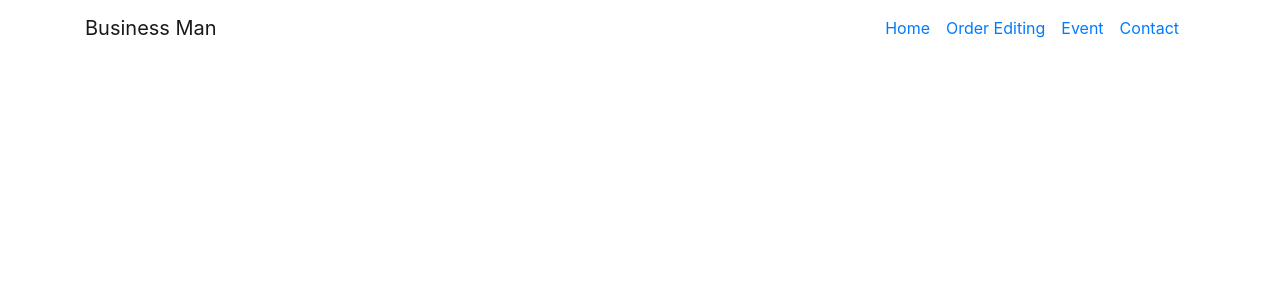
Repository: mdtahsinamin/internship-task
Page: /
The author's editor kept a copy of each file at every save. The page is drawn from the files as they stood at one save, then again after the next save.
The browser window is 1280 px wide. The pictures show the whole page.
The project was rebuilt for these pictures with package versions that can differ from the ones it lists, and the page was loaded fresh each time. Also part of the build but not shown: src/App.css, src/Components/Style/SignIn.css, src/Components/Authentication/firebase.config.js, src/Components/Authentication/AuthManager.js, src/Components/Authentication/SignIn.js, src/Components/NotFound/NotFound.js.

Above is the page before, as saved 2020-12-24 17:24:34.

### src/App.js

import { createContext, useState } from "react";
import {
  BrowserRouter as Router,
  Switch,
  Route,
  Link
} from "react-router-dom";
import './App.css';
import SignIn from "./Components/Authentication/SignIn";
import NotFound from "./Components/NotFound/NotFound";
import Home from "./Components/Pages/Home/Home";

export const UserContext = createContext();

function App() {
   const [loginUser,setLoginUser] = useState({

   });

  return (
   <UserContext.Provider value={[loginUser,setLoginUser]}>
    <Router>
       <Switch>
         <Route path='/home' component={Home}/>

         <Route path='/sign-in' component={SignIn}/>
         <Route exact path='/' component={Home}/>

       </Switch>
    </Router>
   </UserContext.Provider>
  );
}

export default App;

### src/Components/Pages/Home/Home.js
import React from 'react';
import Navigation from '../Share/Navigation/Navigation';

const Home = () => {
    return (
        <div>
            <Navigation></Navigation>
        </div>
    );
};

export default Home;

### src/Components/Pages/Share/Navigation/Navigation.js
import React from 'react';
import { Container, Nav, Navbar } from 'react-bootstrap';
import { Link } from 'react-router-dom';

const Navigation = () => {
    const links = ['Home','Order Editing','Event','Contact']
    return (
    <header>
        <Navbar bg="" expand="lg" collapseOnSelect>
           <Container>
             <Link to='/'>
               <Navbar.Brand>Business Man</Navbar.Brand>
             </Link>
            <Navbar.Toggle aria-controls="basic-navbar-nav" />
            <Navbar.Collapse id="basic-navbar-nav">
                <Nav className="ml-auto">
                    {
                        links.map((link,index) =>{
                              return (
                               <Link className="mr-3" to={`${link.toLocaleLowerCase().split(' ').join('-')}`}>
                                   {link}
                               </Link>
                              )
                        })
                    }
                </Nav>
            </Navbar.Collapse>
           </Container>
        </Navbar>
   </header>
    );
};

export default Navigation;

Loaded but not shown: public/index.html (common file); src/index.js (common file); src/index.css (common file); src/reportWebVitals.js (common file)

After the next save:
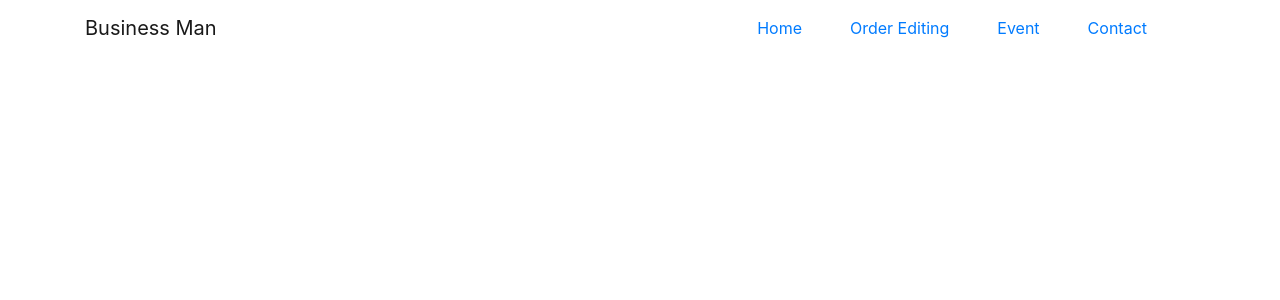
Saved 7 s later.
--- a/src/Components/Pages/Share/Navigation/Navigation.js
+++ b/src/Components/Pages/Share/Navigation/Navigation.js
@@ -17,7 +17,7 @@ const Navigation = () => {
                     {
                         links.map((link,index) =>{
                               return (
-                               <Link className="mr-3" to={`${link.toLocaleLowerCase().split(' ').join('-')}`}>
+                               <Link className="mr-5" to={`${link.toLocaleLowerCase().split(' ').join('-')}`}>
                                    {link}
                                </Link>
                               )
